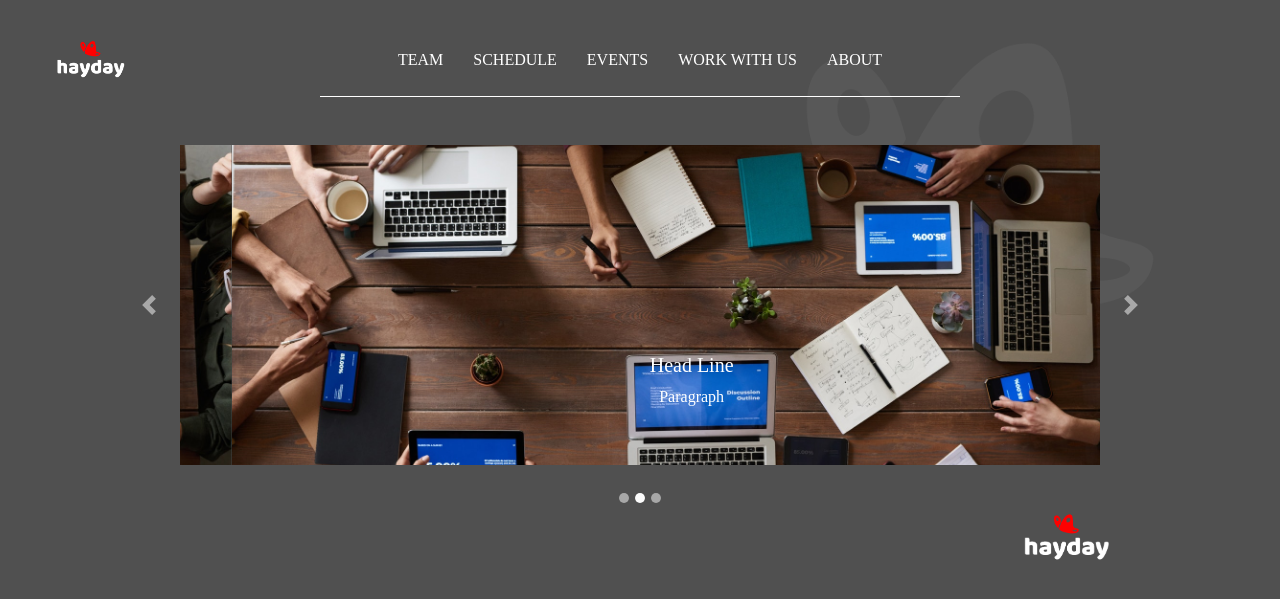
Repository: im1971/company-web
Page: 2019.html
The author's editor kept a copy of each file at every save. The page is drawn from the files as they stood at one save, then again after the next save.
The browser window is 1280 px wide. The pictures show the whole page.
Some web fonts or font styles are not loaded; a fallback is used.

Above is the page before, as saved 2020-02-08 10:51:58.

### 2019.html
<!DOCTYPE html>
<html>

<head>
    <meta charset="utf-8">
    <meta name="viewport" content="width=device-width, initial-scale=1">
    <title>hayday</title>
    <link rel="shortcut icon" type="img/x-icon" href="img/fav.png" />
    <link rel="stylesheet" href="css/mdb.min.css">
    <link rel="stylesheet" href="css/bootstrap.min.css">
    <link rel="stylesheet" href="css/fontawesome.min.css">
    <link rel="stylesheet" href="css/all.min.css">
    <link rel="stylesheet" href="css/style.css">
    <!-- fonts -->
    <link href="https://fonts.googleapis.com/css?family=Baloo+Bhai&display=swap" rel="stylesheet">
    <!-- fonts -->

</head>

<body>

    <div class="wrap_hayday">
        <div class="back_img"></div>
        <div class="container-fluid">
            <div class="row justify-content-center pb-5">
                <div class="col-md-12">
                    <nav class="navbar navbar-expand-lg">
                        <button class="navbar-toggler" type="button" data-toggle="collapse" data-target="#navbarSupportedContent" aria-controls="navbarSupportedContent" aria-expanded="false" aria-label="Toggle navigation">
                            <i class="fas fa-bars"></i>
                        </button>

                        <div class="collapse navbar-collapse" id="navbarSupportedContent">

                            <ul class="navbar-nav m-auto text-uppercase">
                                <a class="nav-icon" href="index.html">
                                    <img src="img/logo.png" alt="">
                                </a>
                                <li class="nav-item">
                                    <a class="nav-link" href="team.html">Team</a>
                                </li>
                                <li class="nav-item">
                                    <a class="nav-link" href="schedule.html">SCHEDULE</a>
                                </li>
                                <li class="nav-item">
                                    <a class="nav-link" href="event.html">Events</a>
                                </li>
                                <li class="nav-item">
                                    <a class="nav-link" href="workWithUs.html">Work With us</a>
                                </li>
                                <li class="nav-item">
                                    <a class="nav-link" href="about.html">About</a>
                                </li>
                            </ul>
                        </div>
                    </nav>
                </div>
                <div class="col-md-6 border_deco pt-3"></div>
            </div>
            <div class="container">
                <div class="row justify-content-center">
                    <div class="col-md-10">
                        <div class="slider_wrap">
                            <div id="carouselExampleIndicators" class="carousel slide" data-ride="carousel">
                                <ol class="carousel-indicators">
                                    <li data-target="#carouselExampleIndicators" data-slide-to="0" class="active"></li>
                                    <li data-target="#carouselExampleIndicators" data-slide-to="1"></li>
                                    <li data-target="#carouselExampleIndicators" data-slide-to="2"></li>
                                </ol>
                                <div class="carousel-inner">
                                    <div class="carousel-item active">
                                        <div class="d-block w-100 img-responsive" alt="First slide"></div>
                                        <div class="carousel-caption d-none d-md-block">
                                            <h5>Head Line</h5>
                                            <p>Paragraph</p>
                                        </div>
                                    </div>
                                    <div class="carousel-item">
                                        <div class="d-block w-100 img-responsive" alt="Second slide"></div>
                                        <div class="carousel-caption d-none d-md-block">
                                            <h5>Head Line</h5>
                                            <p>Paragraph</p>
                                        </div>
                                    </div>
                                    <div class="carousel-item">
                                        <div class="d-block w-100 img-responsive" alt="Third slide"></div>
                                        <div class="carousel-caption d-none d-md-block">
                                            <h5>Head Line</h5>
                                            <p>Paragraph</p>
                                        </div>
                                    </div>
                                </div>
                                <a class="carousel-control-prev" href="#carouselExampleIndicators" role="button" data-slide="prev">
                                    <span class="carousel-control-prev-icon" aria-hidden="true"></span>
                                    <span class="sr-only">Previous</span>
                                </a>
                                <a class="carousel-control-next" href="#carouselExampleIndicators" role="button" data-slide="next">
                                    <span class="carousel-control-next-icon" aria-hidden="true"></span>
                                    <span class="sr-only">Next</span>
                                </a>
                            </div>
                        </div>
                    </div>
                </div>
            </div>
            <div class="row justify-content-end mt-5">
                <div class="col-md-4 m-autp">
                    <div class="middle_body">
                        <div class="logo">
                            <img src="img/logo.png" alt="" style="height: 50px">
                        </div>
                        <!-- <p>Read about our Inspiration</p> -->
                    </div>
                </div>
            </div>
        </div>
    </div>
    </div>



    <!-- <script src="https://code.jquery.com/jquery-3.4.1.slim.min.js" integrity="sha384-J6qa4849blE2+poT4WnyKhv5vZF5SrPo0iEjwBvKU7imGFAV0wwj1yYfoRSJoZ+n" crossorigin="anonymous"></script>
    <script src="https://cdn.jsdelivr.net/npm/popper.js@1.16.0/dist/umd/popper.min.js" integrity="sha384-Q6E9RHvbIyZFJoft+2mJbHaEWldlvI9IOYy5n3zV9zzTtmI3UksdQRVvoxMfooAo" crossorigin="anonymous"></script>
    <script src="https://stackpath.bootstrapcdn.com/bootstrap/4.4.1/js/bootstrap.min.js" integrity="sha384-wfSDF2E50Y2D1uUdj0O3uMBJnjuUD4Ih7YwaYd1iqfktj0Uod8GCExl3Og8ifwB6" crossorigin="anonymous"></script> -->

    <script type="text/javascript" src="js/jquery.min.js"></script>
    <!-- Bootstrap tooltips -->
    <script type="text/javascript" src="js/popper.min.js"></script>
    <!-- Bootstrap core JavaScript -->
    <script type="text/javascript" src="js/bootstrap.min.js"></script>
    <!-- MDB core JavaScript -->
    <script type="text/javascript" src="js/mdb.min.js"></script>


</body>

</html>

### css/style.css
body {
    padding: 0;
    margin: 0;
    /* background: #5407A1; */
    background: #505050;
    color: #fff !important;
    font-family: 'Baloo Bhai', cursive;
    position: relative;
}


/* global */

html {
    overflow: scroll;
    overflow-x: hidden;
}

::-webkit-scrollbar {
    width: 0px;
    background: transparent;
}


/* Optional: show position indicator in red */

::-webkit-scrollbar-thumb {
    background: #FF0000;
}

.active {
    background-color: #d90000;
    color: #fff;
}


/* global */

.back_img {
    background-image: url(../img/back.png);
    height: 350px;
    width: 600px;
    position: absolute;
    background-position: center center;
    background-size: cover;
    opacity: 5%;
    /* top: 30%; */
    right: 0;
}


/* header */

.wrap_hayday .nav-link::after {
    content: '';
    position: absolute;
    width: 100%;
    height: 1px;
    bottom: 0;
    left: 0;
    background-color: #E2061B;
    transform: scaleX(0);
    /* transform-origin: bottom right; */
    transition: transform 0.3s;
}

.wrap_hayday .nav-link:hover::after {
    /* transform-origin: bottom left; */
    transform: scaleX(1);
}

.wrap_hayday .navbar {
    box-shadow: none;
}

.wrap_hayday .navbar .collapse {
    position: relative;
}

.wrap_hayday .navbar .nav-icon {
    position: absolute;
    left: 0;
    top: 0;
    padding: 0;
}

.wrap_hayday .navbar .nav-icon img {
    height: 40px;
}

.wrap_hayday .container-fluid {
    min-height: 100vh;
}

.wrap_hayday nav .nav-link {
    padding-right: 15px !important;
    padding-left: 15px !important;
    color: #fff;
    font-family: 'Baloo Bhai', cursive;
}

.wrap_hayday .border_deco {
    border-bottom: .25px solid #fff;
}

.wrap_hayday nav .nav-link:hover {
    color: #FF0000;
    transition-duration: 0.5s;
}

.wrap_hayday .navbar {
    padding: 40px;
    padding-bottom: 0;
}


/* header */


/* middle body */

.wrap_hayday .middle_body_height {
    height: 50vh;
}

.wrap_hayday .middle_body {
    text-align: center;
}

.wrap_hayday .middle_body p {
    font-size: 22px;
}

.wrap_hayday .middle_body .logo img {
    height: 200px;
}

.wrap_hayday .others_page_middle {
    text-align: center;
    position: absolute;
    right: 30px;
    bottom: 0;
}

.wrap_hayday .others_page_middle img {
    height: 70px;
}


/* middle body */


/* footer-body */

.myprogress {
    min-width: 100%;
    margin: 0px auto;
    text-align: center;
}

.myprogress .circle {
    display: inline-block;
    background: #fff;
    width: 50px;
    height: 50px;
    border-radius: 80px;
    border: 1px solid #d5d5da;
    cursor: pointer;
}

.myprogress .circle:hover {
    background: #FF0000;
    color: #5407A1;
    transition-duration: 0.5s;
}

.myprogress .bar {
    position: relative;
    width: 100px;
    padding-right: 15px;
    font-family: none;
}

.myprogress .circle .label {
    display: inline-block;
    width: 40px;
    height: 40px;
    line-height: 30px;
    border-radius: 40px;
    font-size: 24px;
}

.myprogress .circle .title {
    color: #5407A1;
    font-size: 24px;
    line-height: 50px;
    cursor: pointer;
}

.myprogress .circle .title:hover {
    color: #fff;
}

.myprogress i {
    font-size: 11px;
}

.abc {
    animation: pulse 1s infinite;
    color: #FF0000;
}

.pulse {
    -webkit-animation-duration: 3s;
    -webkit-animation-delay: 2s;
    -webkit-animation-iteration-count: 5;
}

@-webkit-keyframes scroll {
    0% {
        -webkit-transform: translateX(0);
        transform: translateX(0);
    }
    100% {
        -webkit-transform: translateX(calc(-250px * 7));
        transform: translateX(calc(-250px * 7));
    }
}

@keyframes scroll {
    0% {
        -webkit-transform: translateX(0);
        transform: translateX(0);
    }
    100% {
        -webkit-transform: translateX(calc(-250px * 7));
        transform: translateX(calc(-250px * 7));
    }
}

.slider {
    /* background: white; */
    /* box-shadow: 0 10px 20px -5px rgba(0, 0, 0, 0.125); */
    /* height: 100px; */
    margin: auto;
    overflow: hidden;
    position: relative;
    width: 960px;
}

.slider::before,
.slider::after {
    /* background: -webkit-gradient(linear, left top, right top, from(white), to(rgba(255, 255, 255, 0))); */
    /* background: linear-gradient(to right, white 0%, rgba(255, 255, 255, 0) 100%); */
    content: "";
    height: 100px;
    position: absolute;
    width: 200px;
    z-index: 2;
}

.slider::after {
    right: 0;
    top: 0;
    -webkit-transform: rotateZ(180deg);
    transform: rotateZ(180deg);
}

.slider::before {
    left: 0;
    top: 0;
}

.slider .slide-track {
    -webkit-animation: scroll 40s linear infinite;
    animation: scroll 40s linear infinite;
    display: -webkit-box;
    display: flex;
    width: calc(250px * 14);
}

.slider .slide {
    /* height: 100px; */
    /* width: 200px; */
    padding-right: 40px;
}

.sponsor_slider {
    position: absolute;
    bottom: 20px;
}


/* footer-body */


/* about hayday */

.accordion .card-header {
    padding: 0;
    /* background: #5407A1; */
    background: #757575;
    margin-bottom: 0;
    cursor: pointer;
}

.accordion .card-header .btn-link {
    color: #fff;
    padding: 0;
}

.accordion .card {
    border: none;
    border-radius: 0;
}

.accordion i {
    position: absolute;
    right: 10px;
    top: 5px;
}

.accordion p {
    color: #000;
    font-family: serif;
    font-size: 15px;
}

.accordion h4 {
    color: #000;
    font-family: serif;
    font-weight: 700 !important;
    font-size: 22px;
}


/* about hayday */


/* work with us */

.outreach table.table th,
table.table td {
    padding: 3px 20px;
    color: #fff;
    border: none;
    font-family: auto;
}


/* work with us */


/* team */

.team .grid {
    padding-left: 0;
    padding-right: 0;
}

.team .team_image {
    background-image: url(../img/team/team-back.jpg);
    height: 600px;
    background-position: center center;
    background-size: cover;
}

.team .custom_hr {
    border-top: 3px solid #fff !important;
    width: 10% !important;
}

.team img {
    border-radius: 50%;
    margin: auto;
    border: 3px solid #dcdcdc;
}

.team .team_managemt img {
    height: 300px;
    width: 300px;
}

.team .team_volounteer img {
    height: 200px;
    width: 200px;
}

.team .wrap_team {
    display: flex;
    flex-direction: column;
    font-family: auto;
}


/* team */

.sponsor_footer p {
    font-family: auto;
    font-size: 14px;
}

.sponsor_footer p b {
    color: #FF0000;
}


/* events */

.event_wrap .title {
    font-family: auto;
}

.event_wrap .subtitle {
    font-family: auto;
}

.wrap_event {
    color: #fff;
    text-align: center;
    position: relative;
    font-family: auto;
    background: #9100ff3b;
}

.wrap_event .fas {
    font-size: 12px;
}

.slider_wrap .d-block {
    background-image: url(../img/team/team-back.jpg);
    height: 320px;
    background-position: center center;
    background-size: cover;
}

.slider_wrap .carousel-indicators {
    margin: 0;
    bottom: -15%;
}

.carousel .carousel-control-prev-icon {
    background-image: url("data:[embedded picture, 189 characters]")
}

.carousel .carousel-control-next-icon {
    background-image: url("data:[embedded picture, 190 characters]")
}

.carousel-control-next {
    right: -100px;
}

.carousel-control-prev {
    left: -100px;
}


/* calender */


/*
*
* ==========================================
* CUSTOM UTIL CLASSES
* ==========================================
*
*/

.clearfix::after,
.calendar ol::after {
    content: ".";
    display: block;
    height: 0;
    clear: both;
    visibility: hidden;
}


/* ================
Calendar Styling */

.calendar {
    border-radius: 10px;
    font-family: auto;
}

.calendar .target_date {
    height: 30px;
    width: 30px;
    position: absolute;
    border-radius: 50%;
    left: -6px;
    top: 1px;
    background: #fff;
    opacity: 0.3;
}

.month {
    font-size: 2rem;
}

.calendar ol li {
    float: left;
    width: 14.28571%;
}

.calendar .day-names {
    border-bottom: 1px solid #eee;
}

.calendar .day-names li {
    text-transform: uppercase;
    margin-bottom: 0.5rem;
}

.calendar .days li {
    border-bottom: 1px solid #eee;
    /* min-height: 8rem; */
}

.calendar .days li .date {
    margin: 0.25rem 0;
}

.calendar .days li .event {
    font-size: 0.75rem;
    padding: 0.4rem;
    color: white;
    white-space: nowrap;
    overflow: hidden;
    text-overflow: ellipsis;
    border-radius: 4rem;
    margin-bottom: 1px;
}

.calendar .days li .event.span-2 {
    width: 200%;
}

.calendar .days li .event.begin {
    border-radius: 1rem 0 0 1rem;
}

.calendar .days li .event.end {
    border-radius: 0 1rem 1rem 0;
}

.calendar .days li .event.clear {
    background: none;
}

.calendar .days li:nth-child(n+29) {
    border-bottom: none;
}

.calendar .days li.outside .date {
    color: #ddd;
}


/* calender */


/* timer */

#timer div {
    display: inline-block;
    line-height: 1;
    padding: 20px 40px 0 0;
    padding-bottom: 0;
    font-family: auto;
}

#timer span {
    display: block;
    font-size: 20px;
    color: white;
}

#timer #days,
#timer #hours,
#timer #minutes,
#timer #seconds {
    font-size: 50px;
}

#timer #seconds {
    font-size: 30px;
}


/* timer */


/* events */


/* media query */

@media (min-width: 1367px) {
    .sponsor_footer p {
        font-size: 18px;
        margin-top: 40px;
    }
    .outreach table.table th,
    table.table td,
    .accordion p,
    .myprogress .bar {
        font-size: 18px;
    }
    .outreach h4 {
        margin-top: 30px;
        margin-bottom: 20px;
    }
    .accordion .card-header .btn-link {
        font-size: 22px;
    }
    .accordion {
        margin-top: 30px;
    }
    .wrap_hayday .middle_body .logo img {
        height: 145px;
    }
    .wrap_hayday .middle_body p {
        font-size: 22px;
    }
    .wrap_hayday .step_command {
        font-family: auto;
        font-size: 22px;
    }
}

@media (max-width: 567px) {
    .wrap_hayday .navbar {
        padding: 20px 0 0;
    }
    .fa-bars {
        color: #fff !important;
    }
    .wrap_hayday .middle_body .logo img {
        height: 140px;
        margin-bottom: 28px;
    }
    .back_img {
        height: 150px;
        width: 200px;
    }
    .wrap_hayday .middle_body_height {
        height: 35vh;
    }
    .myprogress .circle {
        display: block;
        margin: auto;
        margin-top: 20px;
    }
    .myprogress .bar {
        padding-right: 0;
        font-family: none;
        font-size: 18px;
    }
    .team .team_image {
        height: 200px;
    }
    .team .custom_hr {
        width: 50% !important;
    }
    .team .team_managemt img {
        height: 150px;
        width: 150px;
    }
    .team .team_volounteer img {
        height: 120px;
        width: 120px;
    }
    .team .card-title {
        font-size: 26px;
    }
    .team .wrap_team {
        margin-bottom: 30px;
    }
    .sponsor_footer p {
        margin-bottom: 20px !important;
    }
    .calendar {
        padding-left: 0 !important;
        margin-top: 30px;
    }
    .event_wrap .title {
        font-size: 22px;
    }
    .event_wrap button {
        margin-bottom: 40px !important;
    }
    #timer #days,
    #timer #hours,
    #timer #minutes,
    #timer #seconds {
        font-size: 35px;
        margin: auto;
    }
    #timer span {
        font-size: 14px;
    }
    #timer div {
        padding: 0px 26px 0 0;
    }
    #timer {
        background: #8500ff82;
        display: flex;
        padding: 20px;
    }
    .classroom img {
        width: 150px;
    }
    .slider {
        width: 200px;
        padding-bottom: 20px;
    }
    .sponsor_slider {
        margin-top: 50px;
    }
}

Loaded but not shown: css/mdb.min.css (library); css/bootstrap.min.css (library); css/fontawesome.min.css (library); css/all.min.css (library); js/jquery.min.js (library); js/popper.min.js (library); js/bootstrap.min.js (library); js/mdb.min.js (library)

After the next save:
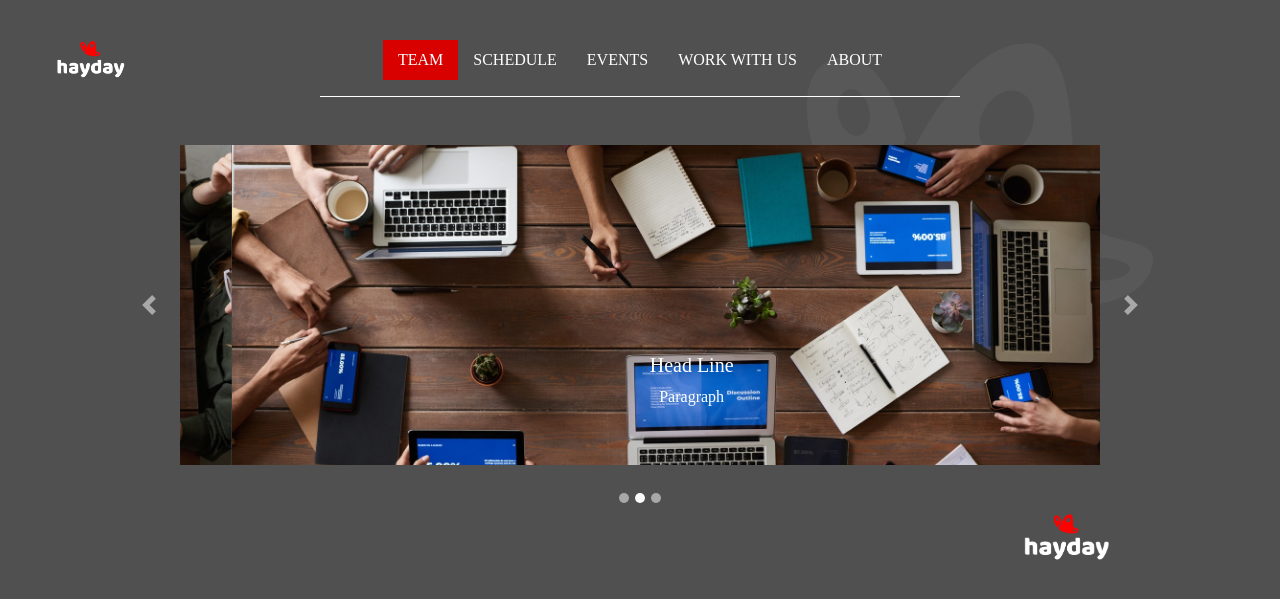
Saved 7 min 5 s later.
--- a/2019.html
+++ b/2019.html
@@ -35,7 +35,7 @@
                                 <a class="nav-icon" href="index.html">
                                     <img src="img/logo.png" alt="">
                                 </a>
-                                <li class="nav-item">
+                                <li class="nav-item active">
                                     <a class="nav-link" href="team.html">Team</a>
                                 </li>
                                 <li class="nav-item">
